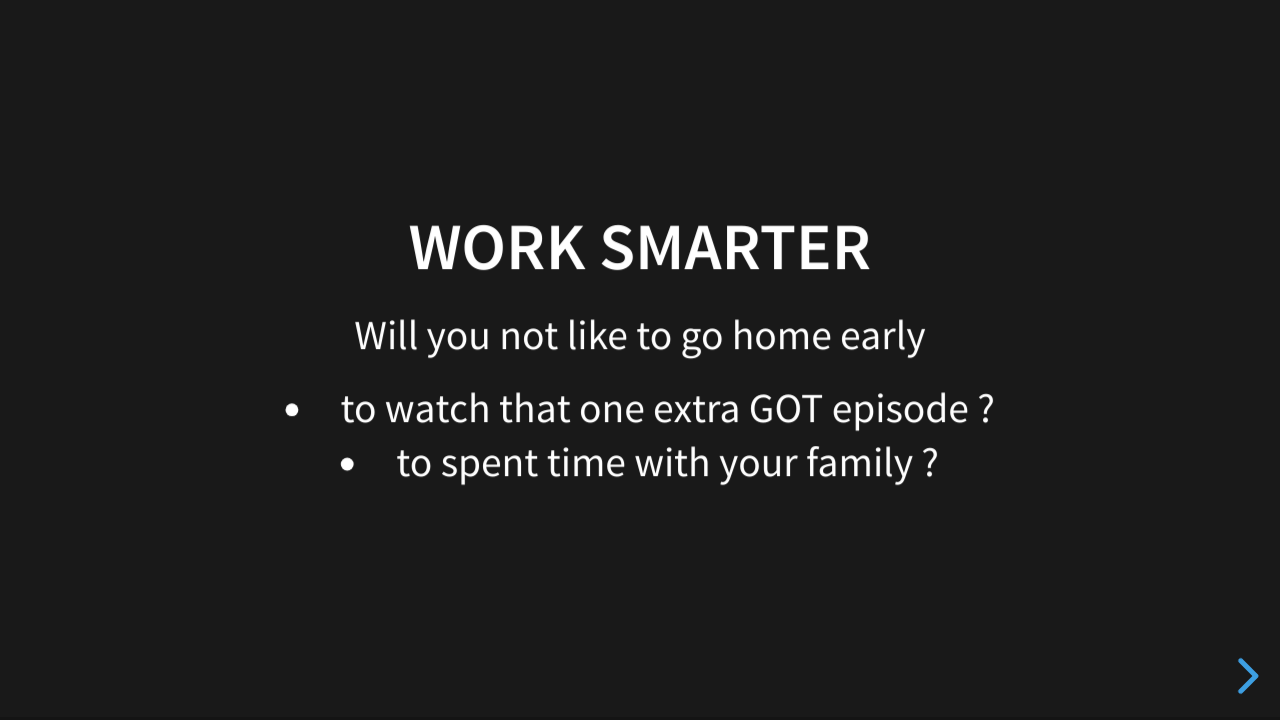
Repository: swapnilshrikhande/worksmarter
Page: index.html
The author's editor kept a copy of each file at every save. The page is drawn from the files as they stood at one save, then again after the next save.
The browser window is 1280 px wide. The pictures show the whole page.

Above is the page before, as saved 2019-10-22 18:03:30.

### index.html
<!doctype html>
<html>
	<head>
		<meta charset="utf-8">
		<meta name="viewport" content="width=device-width, initial-scale=1.0, maximum-scale=1.0, user-scalable=no">

		<title>Productivity Tools - Work Smart </title>

		<link rel="stylesheet" href="css/reset.css">
		<link rel="stylesheet" href="css/reveal.css">
		<!-- <link rel="stylesheet" href="css/theme/white.css"> -->
		<link rel="stylesheet" href="css/theme/black.css" id="theme">

		<!-- Theme used for syntax highlighting of code -->
		<link rel="stylesheet" href="lib/css/monokai.css">

		<!-- Printing and PDF exports -->
		<script>
			var link = document.createElement( 'link' );
			link.rel = 'stylesheet';
			link.type = 'text/css';
			link.href = window.location.search.match( /print-pdf/gi ) ? 'css/print/pdf.css' : 'css/print/paper.css';
			document.getElementsByTagName( 'head' )[0].appendChild( link );
		</script>
	</head>
	<body>
		<div class="reveal">
			<div class="slides">
				<section>
					<h2>Work Smarter</h2>
					<p>
						Will you not like to go home early
						<li>to watch that one extra GOT episode ?</li>
						<li>to spent time with your family ?</li>
					</p>
				</section>
				<section>
					<ul>
						<img src="img/now_lunch.jpg">
						</img>
					</ul>
				</section>
				<section>
					<h2>Where do we spend most of our time ?</h2>
					<ul>
						<img src="img/sleeping_at_computer.png">
						</img>
					</ul>
				</section>
				<section>
					<h2>Key Areas</h2>
					<ul>
						<li>
							Hours spent on noisy internet for solutions
						</li>
						<li>
							Browsing code
						</li>
						<li>
							Retrieving lost code
						</li>
						<li>
							Dealing with syntactic dragons
						</li>
						<li>
							Formatting code
						</li>
					</ul>
				</section>
				<section>
					<h2>Searching Solutions</h2>
					<ul>
						<li>
							Code Search - vscode-snippet
							<ul>
								<li>Add a comment</li>
								<li>Search solutions</li>
								<li>Select the solution</li>
								<li><code>Ctrl + Shift + s</code></li>
							</ul>
						</li>
					</ul>
				</section>
				<section>
					<h2>Browsing Code</h2>
					<ul>
						<li>
							Last edit location across project
							<ul>
								<li><code> Ctrl + k + q </code></li>
							</ul>
						</li>
						<li>
							Select block
							<ul>
							<li><code>Shift + Alt + right-arrow or left-arrow  </code></li>
							</ul>
						</li>
						<li>
							Copying block of code
							<ul>
							<li><code>Shift + Alt + Up or Down arrow key  </code></li>
							</ul>
						</li>
						<li>
							Goto method definition
							<ul>
							<li><code> Ctrl + F12 </code></li>
							</ul>
						</li>
					</ul>
				</section>

				<section>
					<h2>Browsing Tasks</h2>
					<ul>
						<li>@TODO</li>
						<li>@REVIEW</li>
						<li>@FIXME</li>
						<li>TODO Tree </li>
					</ul>
				</section>

				<section>
					<h2>Repeated Code</h2>
					<ul>
						<li>
							Emmet
						</li>
						<!-- <li>
							Need clarification on Snippet because its already added above.
						</li> -->

					</ul>
				</section>

				<section>
						<h2>Local File History</h2>
						<ul>
							<li>
								Local History
							</li>
						</ul>
				</section>
				<section>
						<h2>Formatting</h2>
						<ul>
							<li>
								Prettifier
							</li>
						</ul>
				</section>
				<section>
						<h2>Code Review for silly mistakes / Static code analysis</h2>
						<ul>
							<li>Lints</li>
							<li>Apex PMD</li>
						</ul>
				</section>

			</div>
		</div>

		<script src="js/reveal.js"></script>

		<script>
			// More info about config & dependencies:
			// - https://github.com/hakimel/reveal.js#configuration
			// - https://github.com/hakimel/reveal.js#dependencies
			Reveal.initialize({
				dependencies: [
					{ src: 'plugin/markdown/marked.js' },
					{ src: 'plugin/markdown/markdown.js' },
					{ src: 'plugin/notes/notes.js', async: true },
					{ src: 'plugin/highlight/highlight.js', async: true }
				]
			});
		</script>
	</body>
</html>

### css/theme/black.css
/**
 * Black theme for reveal.js. This is the opposite of the 'white' theme.
 *
 * By Hakim El Hattab, http://hakim.se
 */
@import url(../../lib/font/source-sans-pro/source-sans-pro.css);
section.has-light-background, section.has-light-background h1, section.has-light-background h2, section.has-light-background h3, section.has-light-background h4, section.has-light-background h5, section.has-light-background h6 {
  color: #222; }

/*********************************************
 * GLOBAL STYLES
 *********************************************/
body {
  background: #191919;
  background-color: #191919; }

.reveal {
  font-family: "Source Sans Pro", Helvetica, sans-serif;
  font-size: 42px;
  font-weight: normal;
  color: #fff; }

::selection {
  color: #fff;
  background: #bee4fd;
  text-shadow: none; }

::-moz-selection {
  color: #fff;
  background: #bee4fd;
  text-shadow: none; }

.reveal .slides section,
.reveal .slides section > section {
  line-height: 1.3;
  font-weight: inherit; }

/*********************************************
 * HEADERS
 *********************************************/
.reveal h1,
.reveal h2,
.reveal h3,
.reveal h4,
.reveal h5,
.reveal h6 {
  margin: 0 0 20px 0;
  color: #fff;
  font-family: "Source Sans Pro", Helvetica, sans-serif;
  font-weight: 600;
  line-height: 1.2;
  letter-spacing: normal;
  text-transform: uppercase;
  text-shadow: none;
  word-wrap: break-word; }

.reveal h1 {
  font-size: 2.5em; }

.reveal h2 {
  font-size: 1.6em; }

.reveal h3 {
  font-size: 1.3em; }

.reveal h4 {
  font-size: 1em; }

.reveal h1 {
  text-shadow: none; }

/*********************************************
 * OTHER
 *********************************************/
.reveal p {
  margin: 20px 0;
  line-height: 1.3; }

/* Ensure certain elements are never larger than the slide itself */
.reveal img,
.reveal video,
.reveal iframe {
  max-width: 95%;
  max-height: 95%; }

.reveal strong,
.reveal b {
  font-weight: bold; }

.reveal em {
  font-style: italic; }

.reveal ol,
.reveal dl,
.reveal ul {
  display: inline-block;
  text-align: left;
  margin: 0 0 0 1em; }

.reveal ol {
  list-style-type: decimal; }

.reveal ul {
  list-style-type: disc; }

.reveal ul ul {
  list-style-type: square; }

.reveal ul ul ul {
  list-style-type: circle; }

.reveal ul ul,
.reveal ul ol,
.reveal ol ol,
.reveal ol ul {
  display: block;
  margin-left: 40px; }

.reveal dt {
  font-weight: bold; }

.reveal dd {
  margin-left: 40px; }

.reveal blockquote {
  display: block;
  position: relative;
  width: 70%;
  margin: 20px auto;
  padding: 5px;
  font-style: italic;
  background: rgba(255, 255, 255, 0.05);
  box-shadow: 0px 0px 2px rgba(0, 0, 0, 0.2); }

.reveal blockquote p:first-child,
.reveal blockquote p:last-child {
  display: inline-block; }

.reveal q {
  font-style: italic; }

.reveal pre {
  display: block;
  position: relative;
  width: 90%;
  margin: 20px auto;
  text-align: left;
  font-size: 0.55em;
  font-family: monospace;
  line-height: 1.2em;
  word-wrap: break-word;
  box-shadow: 0px 5px 15px rgba(0, 0, 0, 0.15); }

.reveal code {
  font-family: monospace;
  text-transform: none; }

.reveal pre code {
  display: block;
  padding: 5px;
  overflow: auto;
  max-height: 400px;
  word-wrap: normal; }

.reveal table {
  margin: auto;
  border-collapse: collapse;
  border-spacing: 0; }

.reveal table th {
  font-weight: bold; }

.reveal table th,
.reveal table td {
  text-align: left;
  padding: 0.2em 0.5em 0.2em 0.5em;
  border-bottom: 1px solid; }

.reveal table th[align="center"],
.reveal table td[align="center"] {
  text-align: center; }

.reveal table th[align="right"],
.reveal table td[align="right"] {
  text-align: right; }

.reveal table tbody tr:last-child th,
.reveal table tbody tr:last-child td {
  border-bottom: none; }

.reveal sup {
  vertical-align: super;
  font-size: smaller; }

.reveal sub {
  vertical-align: sub;
  font-size: smaller; }

.reveal small {
  display: inline-block;
  font-size: 0.6em;
  line-height: 1.2em;
  vertical-align: top; }

.reveal small * {
  vertical-align: top; }

/*********************************************
 * LINKS
 *********************************************/
.reveal a {
  color: #42affa;
  text-decoration: none;
  -webkit-transition: color .15s ease;
  -moz-transition: color .15s ease;
  transition: color .15s ease; }

.reveal a:hover {
  color: #8dcffc;
  text-shadow: none;
  border: none; }

.reveal .roll span:after {
  color: #fff;
  background: #068de9; }

/*********************************************
 * IMAGES
 *********************************************/
.reveal section img {
  margin: 15px 0px;
  background: rgba(255, 255, 255, 0.12);
  border: 4px solid #fff;
  box-shadow: 0 0 10px rgba(0, 0, 0, 0.15); }

.reveal section img.plain {
  border: 0;
  box-shadow: none; }

.reveal a img {
  -webkit-transition: all .15s linear;
  -moz-transition: all .15s linear;
  transition: all .15s linear; }

.reveal a:hover img {
  background: rgba(255, 255, 255, 0.2);
  border-color: #42affa;
  box-shadow: 0 0 20px rgba(0, 0, 0, 0.55); }

/*********************************************
 * NAVIGATION CONTROLS
 *********************************************/
.reveal .controls {
  color: #42affa; }

/*********************************************
 * PROGRESS BAR
 *********************************************/
.reveal .progress {
  background: rgba(0, 0, 0, 0.2);
  color: #42affa; }

.reveal .progress span {
  -webkit-transition: width 800ms cubic-bezier(0.26, 0.86, 0.44, 0.985);
  -moz-transition: width 800ms cubic-bezier(0.26, 0.86, 0.44, 0.985);
  transition: width 800ms cubic-bezier(0.26, 0.86, 0.44, 0.985); }

/*********************************************
 * PRINT BACKGROUND
 *********************************************/
@media print {
  .backgrounds {
    background-color: #191919; } }

### css/print/paper.css
/* Default Print Stylesheet Template
   by Rob Glazebrook of CSSnewbie.com
   Last Updated: June 4, 2008

   Feel free (nay, compelled) to edit, append, and
   manipulate this file as you see fit. */


@media print {

	/* SECTION 1: Set default width, margin, float, and
	   background. This prevents elements from extending
	   beyond the edge of the printed page, and prevents
	   unnecessary background images from printing */
	html {
		background: #fff;
		width: auto;
		height: auto;
		overflow: visible;
	}
	body {
		background: #fff;
		font-size: 20pt;
		width: auto;
		height: auto;
		border: 0;
		margin: 0 5%;
		padding: 0;
		overflow: visible;
		float: none !important;
	}

	/* SECTION 2: Remove any elements not needed in print.
	   This would include navigation, ads, sidebars, etc. */
	.nestedarrow,
	.controls,
	.fork-reveal,
	.share-reveal,
	.state-background,
	.reveal .progress,
	.reveal .backgrounds,
	.reveal .slide-number {
		display: none !important;
	}

	/* SECTION 3: Set body font face, size, and color.
	   Consider using a serif font for readability. */
	body, p, td, li, div {
		font-size: 20pt!important;
		font-family: Georgia, "Times New Roman", Times, serif !important;
		color: #000;
	}

	/* SECTION 4: Set heading font face, sizes, and color.
	   Differentiate your headings from your body text.
	   Perhaps use a large sans-serif for distinction. */
	h1,h2,h3,h4,h5,h6 {
		color: #000!important;
		height: auto;
		line-height: normal;
		font-family: Georgia, "Times New Roman", Times, serif !important;
		text-shadow: 0 0 0 #000 !important;
		text-align: left;
		letter-spacing: normal;
	}
	/* Need to reduce the size of the fonts for printing */
	h1 { font-size: 28pt !important;  }
	h2 { font-size: 24pt !important; }
	h3 { font-size: 22pt !important; }
	h4 { font-size: 22pt !important; font-variant: small-caps; }
	h5 { font-size: 21pt !important; }
	h6 { font-size: 20pt !important; font-style: italic; }

	/* SECTION 5: Make hyperlinks more usable.
	   Ensure links are underlined, and consider appending
	   the URL to the end of the link for usability. */
	a:link,
	a:visited {
		color: #000 !important;
		font-weight: bold;
		text-decoration: underline;
	}
	/*
	.reveal a:link:after,
	.reveal a:visited:after {
		content: " (" attr(href) ") ";
		color: #222 !important;
		font-size: 90%;
	}
	*/


	/* SECTION 6: more reveal.js specific additions by @skypanther */
	ul, ol, div, p {
		visibility: visible;
		position: static;
		width: auto;
		height: auto;
		display: block;
		overflow: visible;
		margin: 0;
		text-align: left !important;
	}
	.reveal pre,
	.reveal table {
		margin-left: 0;
		margin-right: 0;
	}
	.reveal pre code {
		padding: 20px;
		border: 1px solid #ddd;
	}
	.reveal blockquote {
		margin: 20px 0;
	}
	.reveal .slides {
		position: static !important;
		width: auto !important;
		height: auto !important;

		left: 0 !important;
		top: 0 !important;
		margin-left: 0 !important;
		margin-top: 0 !important;
		padding: 0 !important;
		zoom: 1 !important;

		overflow: visible !important;
		display: block !important;

		text-align: left !important;
		-webkit-perspective: none;
		   -moz-perspective: none;
		    -ms-perspective: none;
		        perspective: none;

		-webkit-perspective-origin: 50% 50%;
		   -moz-perspective-origin: 50% 50%;
		    -ms-perspective-origin: 50% 50%;
		        perspective-origin: 50% 50%;
	}
	.reveal .slides section {
		visibility: visible !important;
		position: static !important;
		width: auto !important;
		height: auto !important;
		display: block !important;
		overflow: visible !important;

		left: 0 !important;
		top: 0 !important;
		margin-left: 0 !important;
		margin-top: 0 !important;
		padding: 60px 20px !important;
		z-index: auto !important;

		opacity: 1 !important;

		page-break-after: always !important;

		-webkit-transform-style: flat !important;
		   -moz-transform-style: flat !important;
		    -ms-transform-style: flat !important;
		        transform-style: flat !important;

		-webkit-transform: none !important;
		   -moz-transform: none !important;
		    -ms-transform: none !important;
		        transform: none !important;

		-webkit-transition: none !important;
		   -moz-transition: none !important;
		    -ms-transition: none !important;
		        transition: none !important;
	}
	.reveal .slides section.stack {
		padding: 0 !important;
	}
	.reveal section:last-of-type {
		page-break-after: avoid !important;
	}
	.reveal section .fragment {
		opacity: 1 !important;
		visibility: visible !important;

		-webkit-transform: none !important;
		   -moz-transform: none !important;
		    -ms-transform: none !important;
		        transform: none !important;
	}
	.reveal section img {
		display: block;
		margin: 15px 0px;
		background: rgba(255,255,255,1);
		border: 1px solid #666;
		box-shadow: none;
	}

	.reveal section small {
		font-size: 0.8em;
	}

}

Loaded but not shown: css/reset.css (common file); lib/css/monokai.css (common file); js/reveal.js (library); lib/font/source-sans-pro/source-sans-pro.css (common file); plugin/markdown/marked.js (library); plugin/markdown/markdown.js (library); plugin/notes/notes.js (library); plugin/highlight/highlight.js (library); css/reveal.css (1598 lines, source omitted)

After the next save:
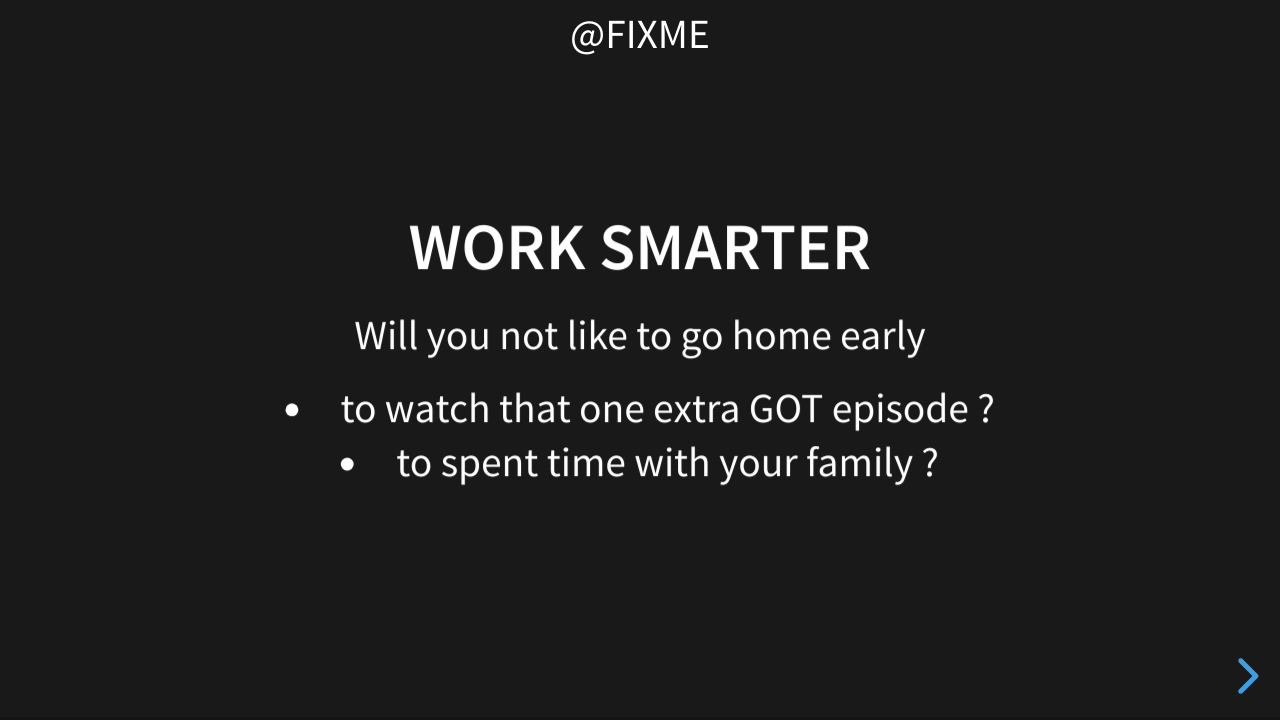
Saved 15 s later.
--- a/index.html
+++ b/index.html
@@ -121,6 +121,7 @@
 					</ul>
 				</section>
 
+				@FIXME
 				<section>
 					<h2>Repeated Code</h2>
 					<ul>
